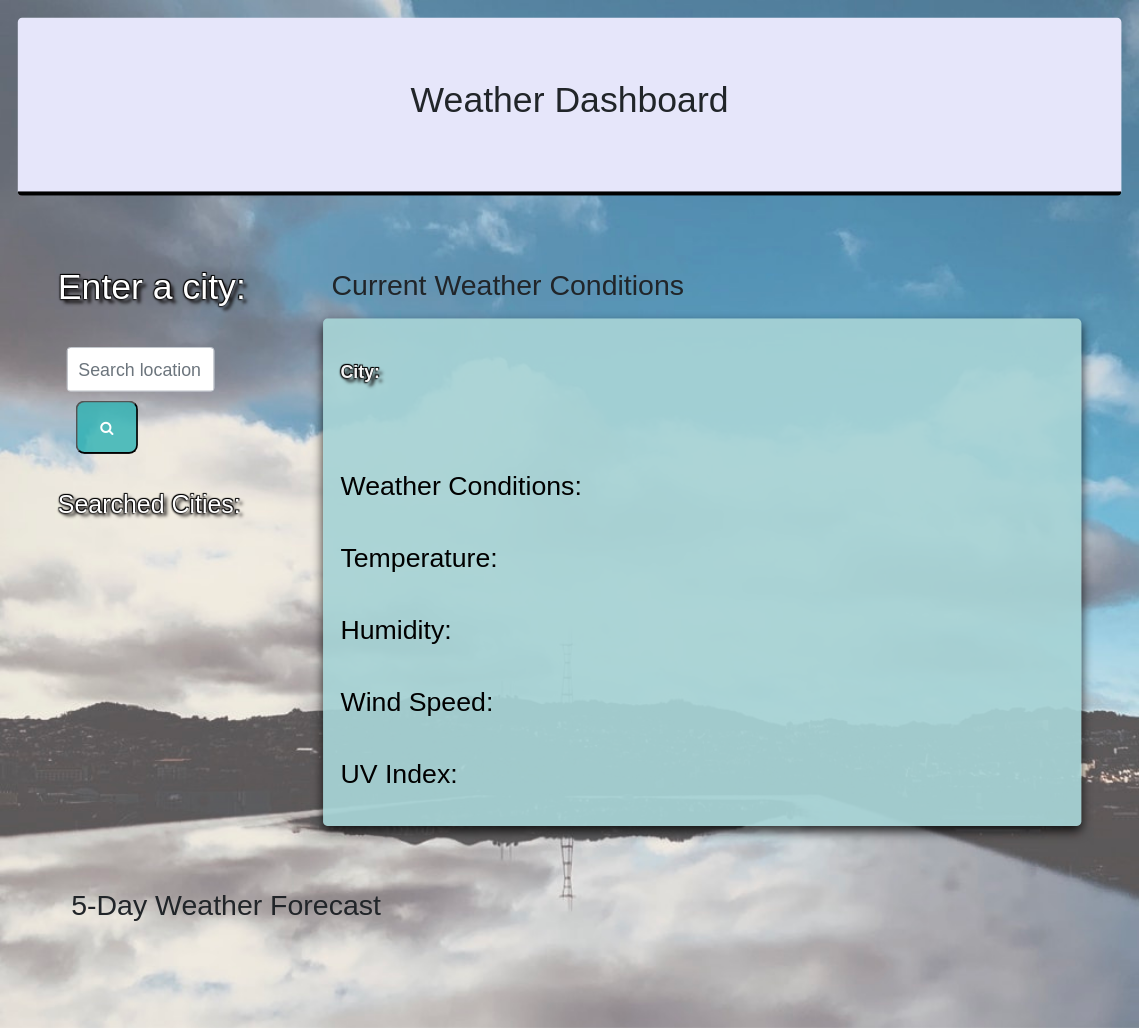
Repository: nsc9605/WeatherDashboard_API
Page: index.html
These files come from the project's save history. The page is drawn as it stood at one moment and after the next save; the edit follows.
The browser window is 1280 px wide. The pictures show the whole page, at 89% of full size.
Backgrounds fixed to the window are drawn as part of the page. Some web fonts or font styles are not loaded; a fallback is used. Some web libraries are served in a nearby version.

Above is the page before, as saved 2021-04-07 11:48:05.

After the next save:
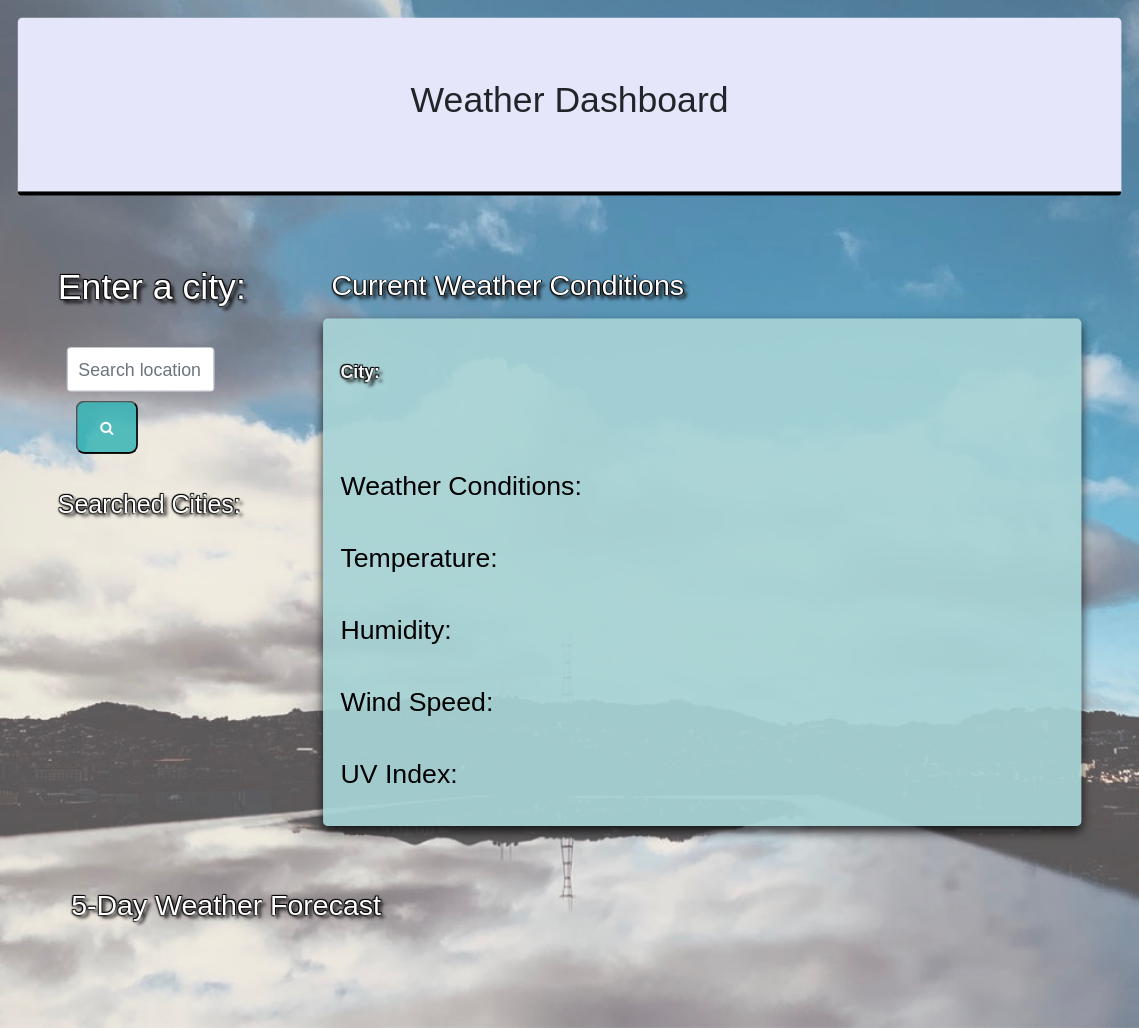
Saved 70 s later.
--- a/assets/style.css
+++ b/assets/style.css
@@ -33,7 +33,8 @@ i {
     font-size: 20px;
 }
 
-.col-3 {
+.col-3,
+h2 {
     color: white;
     text-shadow: 4px 4px 4px rgb(19, 16, 16), -1px 1px 2px #000, 1px -1px 1px #000,
     -1px -1px 1px #000;
